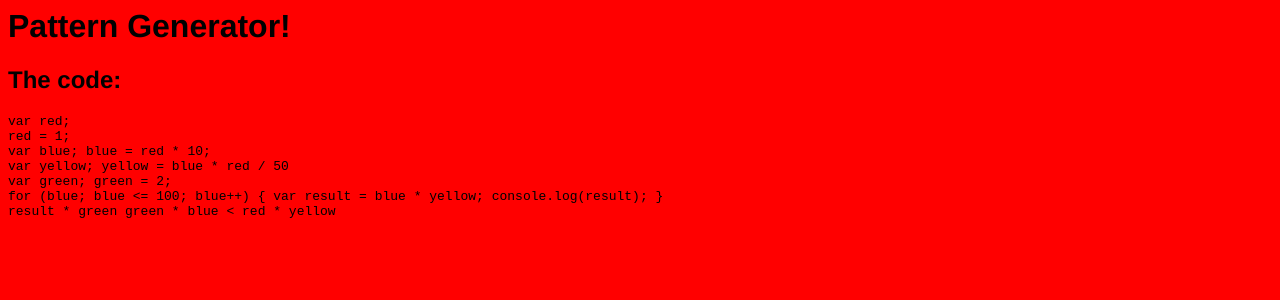
Repository: simonekurtz/simonekurtz.github.io
Page: 4ASGN_JAVA1/index.html
The author's editor kept a record of every edit. The page is drawn from the files as they stood at one moment, then again after the next edit.
The browser window is 1280 px wide. The pictures show the whole page.

Above is the page before.

### 4ASGN_JAVA1/index.html
<html>
    <head>
       <title>Pattern Generator!</title>
         <link rel="stylesheet" href="styles.css" href="pattern.js">
    </head>
    <body>
        <h1>Pattern Generator!</h1>
        <h2>The code:</h2>
        <p>
            <code>
                var red; <br>
                red = 1;
            <br>
                var blue;
                blue = red * 10;
            <br>
                var yellow;
                yellow = blue * red / 50
            <br>
                var green;
                green = 2;
            <br>
                for (blue; blue <= 100; blue++) {
                   var result = blue * yellow;
                   console.log(result);
                }
            <br>
                result * green
                green * blue < red * yellow
            </code>
        </p>
    </body>
</html>

### styles.css
body {
    background: red;
    font-family: helvetica;
    cursor: none;
}

.header {

}

After the next edit:
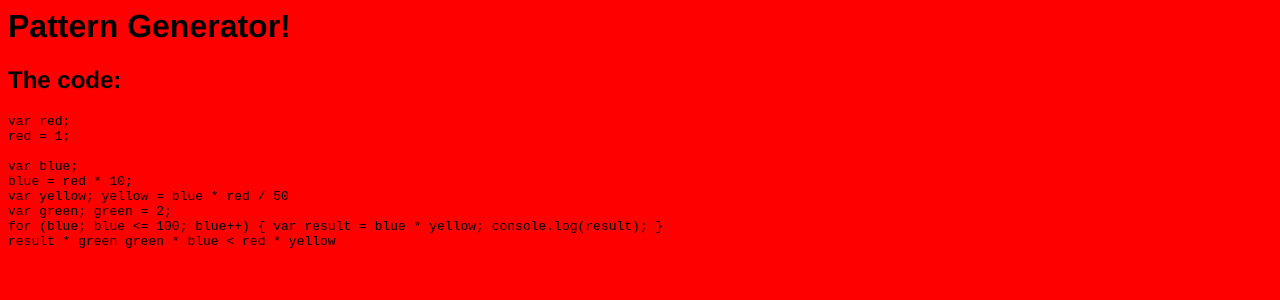
The edit:
--- a/4ASGN_JAVA1/index.html
+++ b/4ASGN_JAVA1/index.html
@@ -11,7 +11,8 @@
                 var red; <br>
                 red = 1;
             <br>
-                var blue;
+            <br>
+                var blue;<br>
                 blue = red * 10;
             <br>
                 var yellow;
